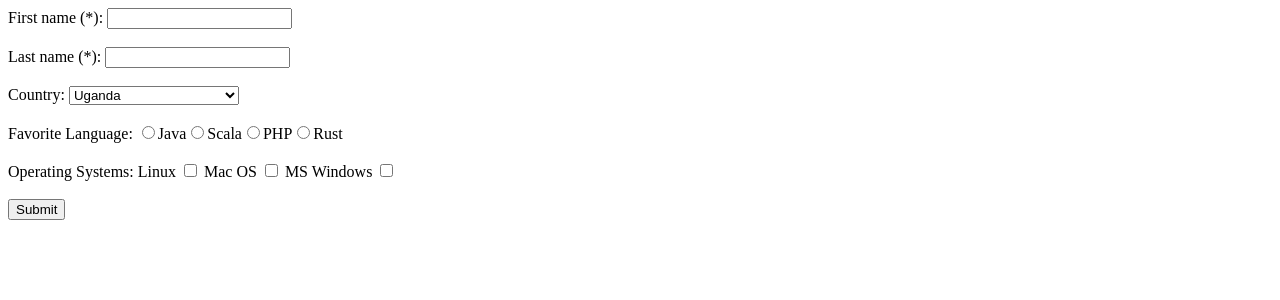
Repository: dunky-star/Java-Developer-Full-Stack
Page: http://localhost/spring-mvc-web/student/showForm
These files come from the project's save history. The page is drawn as it stood at one moment and after the next save; the edit follows.
The browser window is 1280 px wide. The pictures show the whole page.
The page is served by Tomcat 9. Other server files are loaded and not shown. The template is opened directly, without the code that normally fills it, so the values that code supplies are empty.

Above is the page before, as saved 2022-09-30 11:44:00.

### Spring-MVC-Spring-Boot/spring-mvc-web/WebContent/WEB-INF/view/student-form.jsp
<%@ taglib prefix="form" uri="http://www.springframework.org/tags/form" %>

<!DOCTYPE html>

<html>

<head>
	<title>Student Registration Form</title>
</head>

<body>

	<form:form action="processForm" modelAttribute="student">

		First name (*): <form:input path="firstName" />
		<form:errors path="firstName" cssClass="error" />

		<br><br>

		Last name (*): <form:input path="lastName" />
		<form:errors path="lastName" cssClass="error" />

		<br><br>

		Country:

		<form:select path="country">

			<form:options items="${student.countryOptions}" />

		</form:select>

		<br><br>

		Favorite Language:

		<form:radiobuttons path="favoriteLanguage"
		items="${student.favoriteLanguageOptions}"  />

		<br><br>

		Operating Systems:

		Linux <form:checkbox path="operatingSystems" value="Linux" />
		Mac OS <form:checkbox path="operatingSystems" value="Mac OS" />
		MS Windows <form:checkbox path="operatingSystems" value="MS Window" />

		<br><br>

		<input type="submit" value="Submit" />

	</form:form>

</body>

</html>

After the next save:
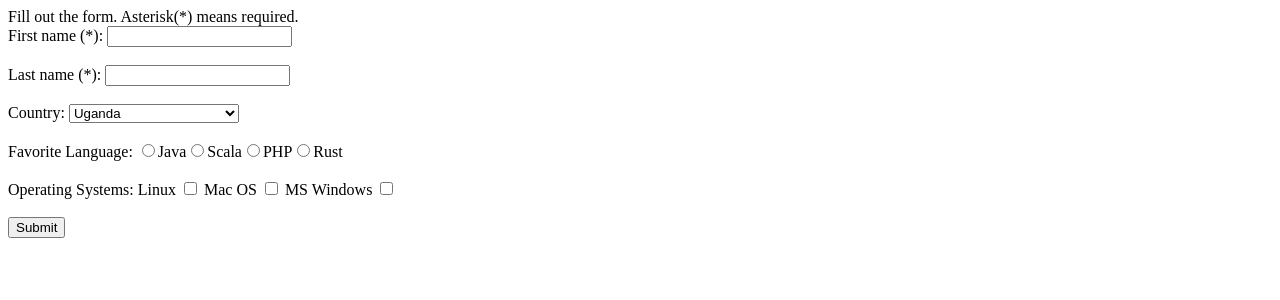
Saved 71 s later.
--- a/Spring-MVC-Spring-Boot/spring-mvc-web/WebContent/WEB-INF/view/student-form.jsp
+++ b/Spring-MVC-Spring-Boot/spring-mvc-web/WebContent/WEB-INF/view/student-form.jsp
@@ -9,6 +9,7 @@
 </head>
 
 <body>
+	Fill out the form. Asterisk(*) means required.
 
 	<form:form action="processForm" modelAttribute="student">
 
